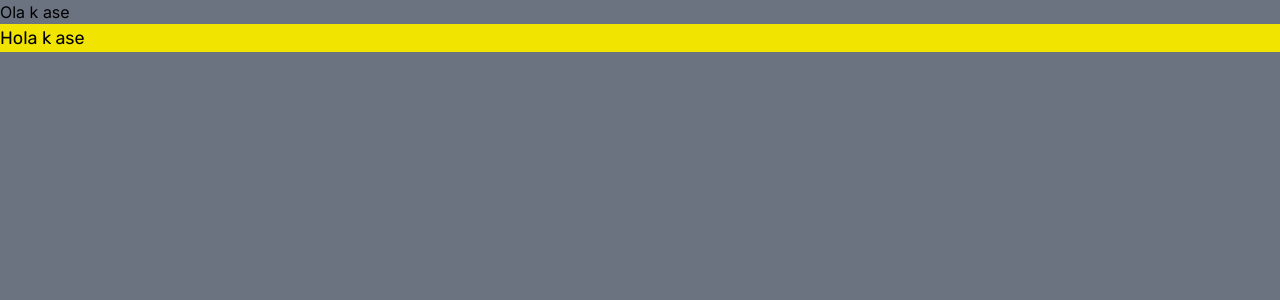
Repository: aldovelacasas/PF_RentCar2
Page: /homePage
An editor plug-in stored every save of this project. The page is shown before and after the next save, followed by the edit.
The browser window is 1280 px wide. The pictures show the whole page.
The project was rebuilt for these pictures with package versions that can differ from the ones it lists, and the page was loaded fresh each time. The framework's server and built-in components were replaced by stand-ins that run in the browser. Also part of the build but not shown: next.config.js.

Above is the page before, as saved 2023-08-29 18:42:59.

After the next save:
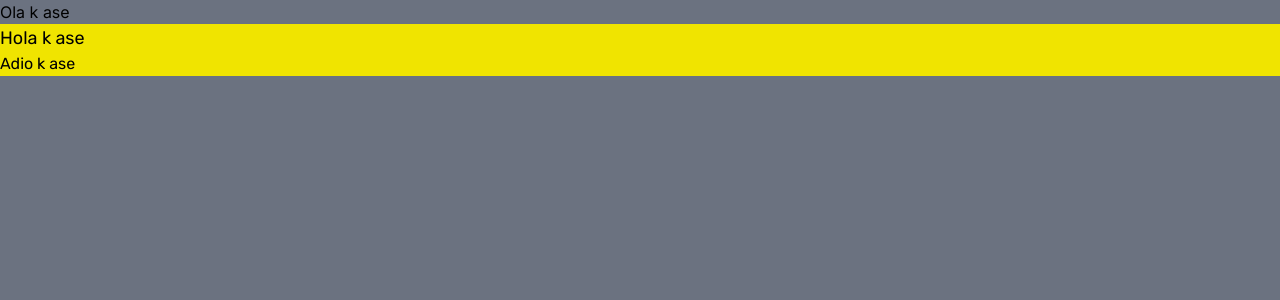
Saved 38 s later.
--- a/src/app/homePage/page.jsx
+++ b/src/app/homePage/page.jsx
@@ -1,6 +1,11 @@
 import { Rubik, Poppins } from "next/font/google";
 
 const rubik = Rubik({
+  weight: "400",
+  subsets: ["latin"],
+});
+
+const poppins = Poppins({
   weight: "400",
   subsets: ["latin"],
 });
@@ -9,7 +14,9 @@ function HomePage() {
   return (
     <div className={`bg-amarillo_status ${rubik.className}`}>
       <h1 className="text-lg">Hola k ase</h1>
-      <div></div>
+      <div>
+        <p className="">Adio k ase</p>
+      </div>
     </div>
   );
 }
